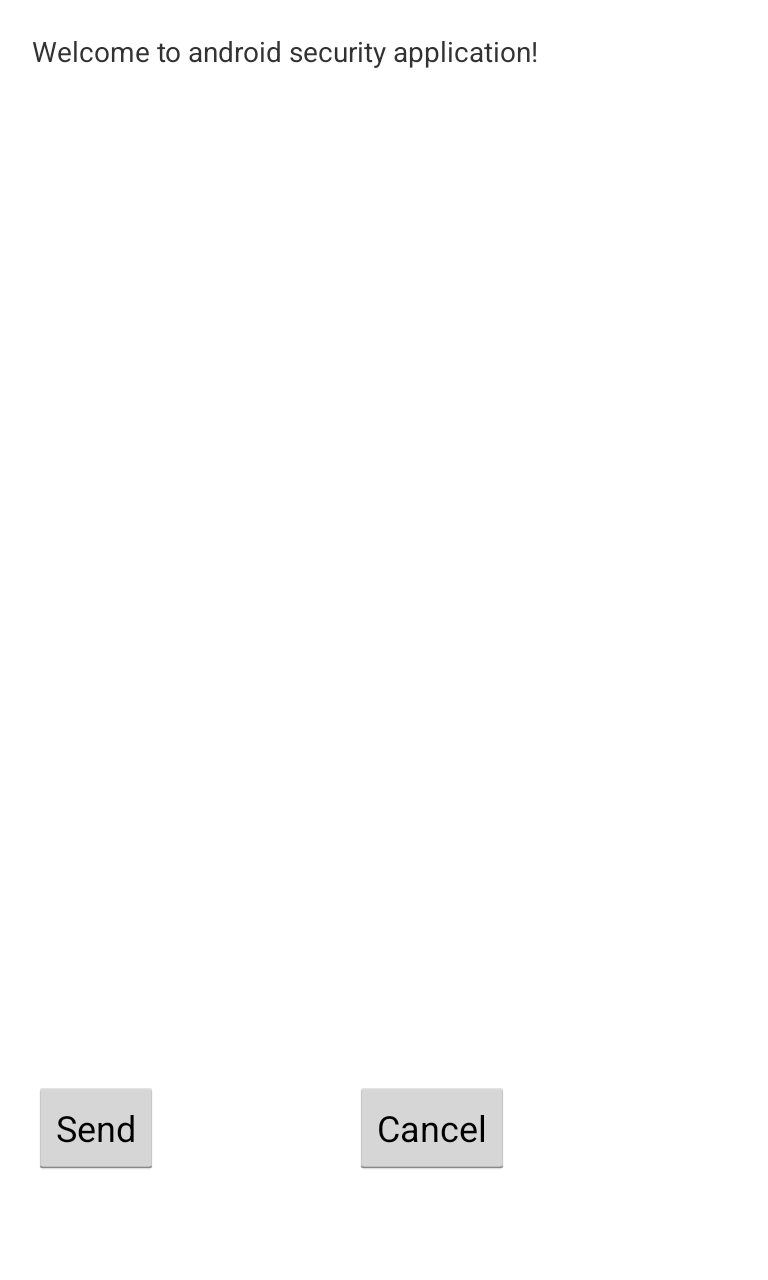
Repository: yuan8152598/android_security
Layout: android_client/AndroidSecurity/res/layout/activity_security.xml
These files come from the project's save history. The layout is drawn as it stood at one moment and after the next save; the edit follows.
It is drawn on a 768 x 1280 px phone screen (xhdpi) without system bars, with theme AppTheme; the app's code is not run.

Above is the layout before, as saved 2014-03-14 09:02:09.

After the next save:
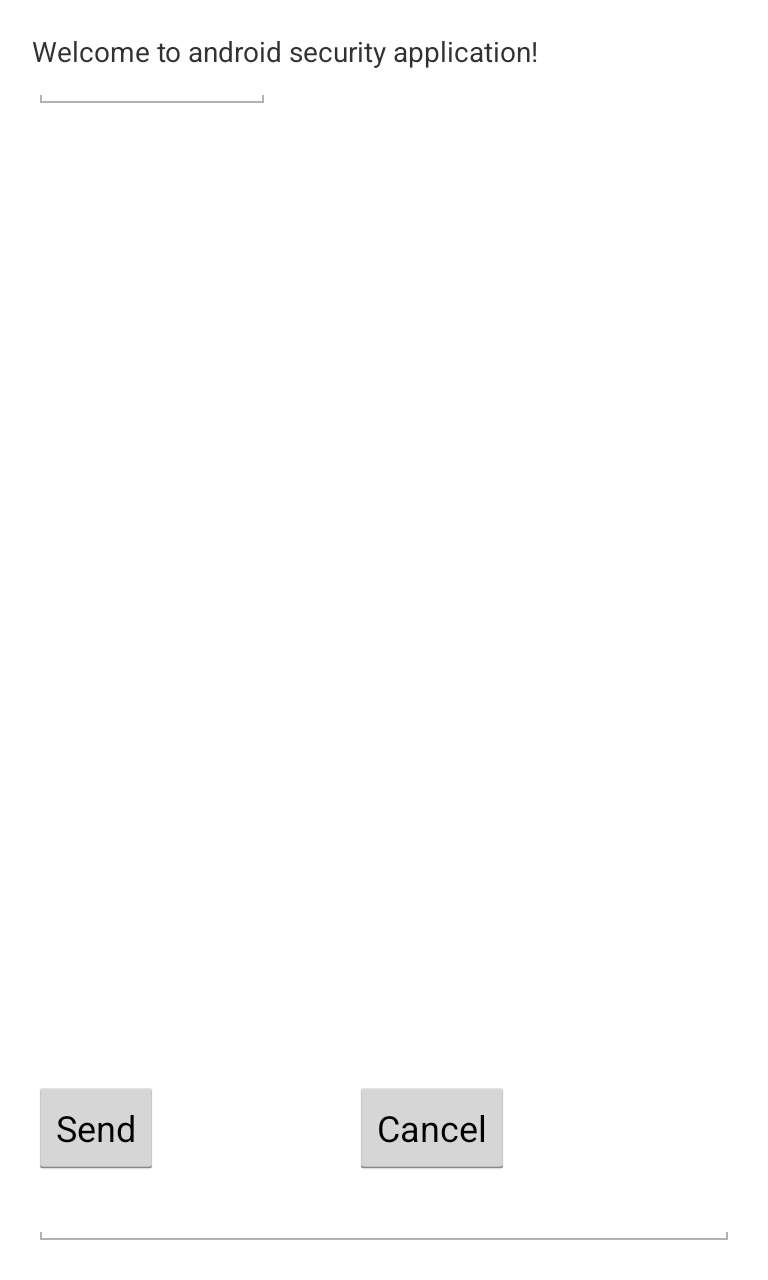
Saved 4 min 22 s later.
--- a/android_client/AndroidSecurity/res/layout/activity_security.xml
+++ b/android_client/AndroidSecurity/res/layout/activity_security.xml
@@ -13,6 +13,18 @@
         android:layout_width="wrap_content"
         android:layout_height="wrap_content"
         android:text="@string/Welcome" />
+    <EditText
+        android:id="@+id/input"
+        android:layout_width="240px"
+        android:layout_height="wrap_content"/>
+
+    <EditText
+        android:id="@+id/show"
+        android:layout_width="fill_parent"
+        android:layout_height="fill_parent"
+        android:gravity="top"
+        android:editable="false"
+        android:cursorVisible="false"/>
 
     <Button
         android:id="@+id/send_button"
